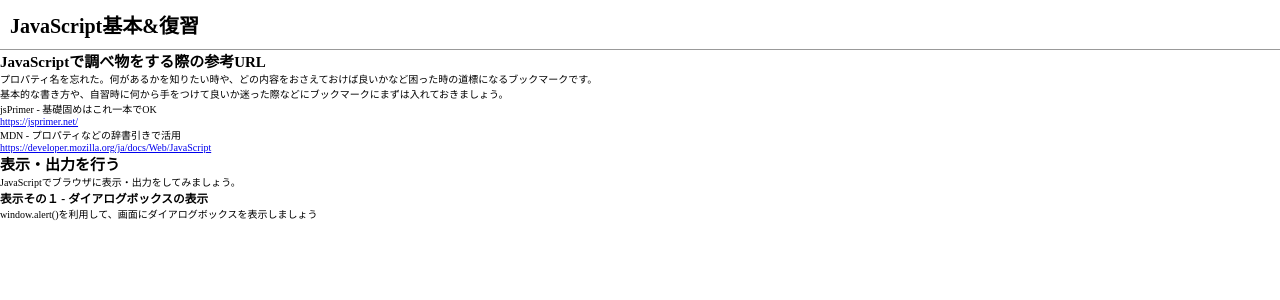
Repository: Yuto-Arakawa/study_js
Page: 01_basic/荒川/ara_basic01.html
An editor plug-in stored every save of this project. The page is shown before and after the next save, followed by the edit.
The browser window is 1280 px wide. The pictures show the whole page.

Above is the page before, as saved 2026-11-06 14:30:19.

After the next save:
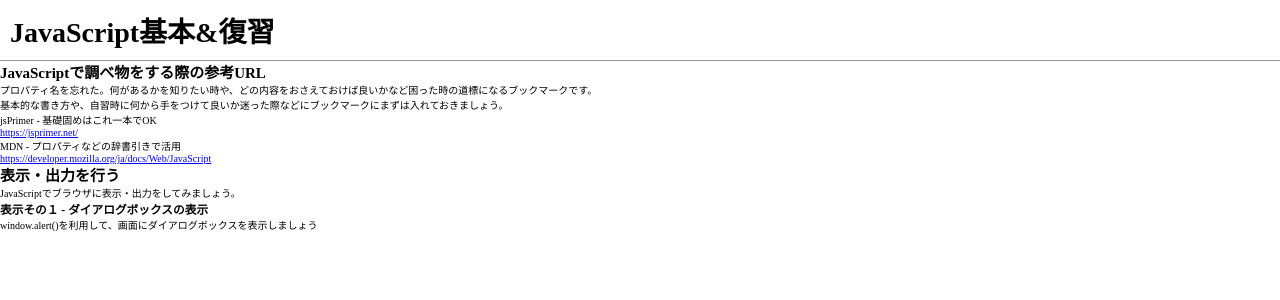
Saved 73 s later.
--- a/01_basic/荒川/css/basic01.css
+++ b/01_basic/荒川/css/basic01.css
@@ -5,4 +5,5 @@ html{
 header{
     padding: 1rem;
     border-bottom: solid 1px #999;
+    font-size: 14px;
 }
